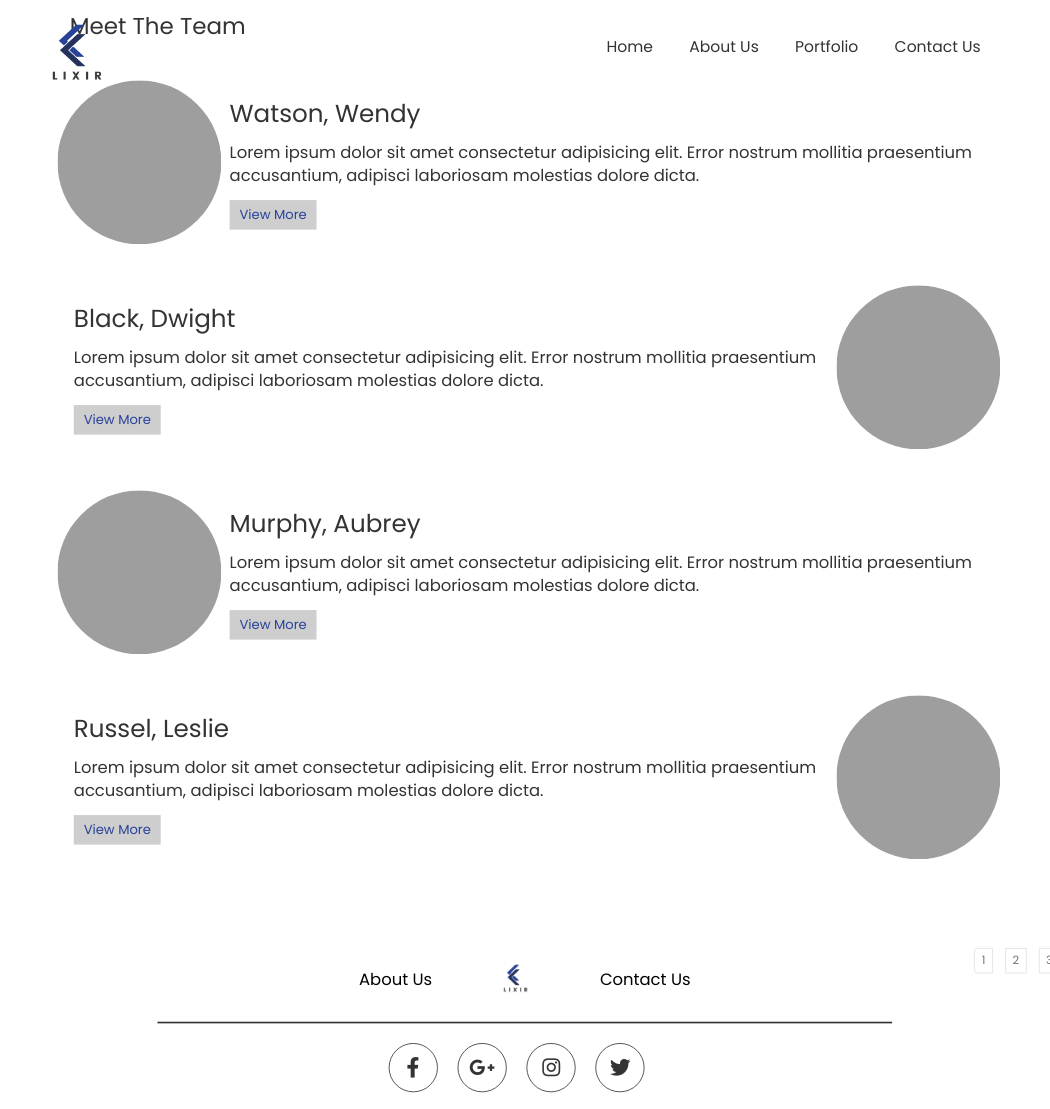
Repository: phiiileo/lit-page
Page: team-page.html
The author's editor kept a copy of each file at every save. The page is drawn from the files as they stood at one save, then again after a run of saves.
The browser window is 1280 px wide. The pictures show the whole page, at 82% of full size.
Pictures or frames that could not be fetched are drawn as grey boxes. Some web libraries are served in a nearby version.

Above is the page before, as saved 2019-12-04 22:34:03.

After the next 3 saves:
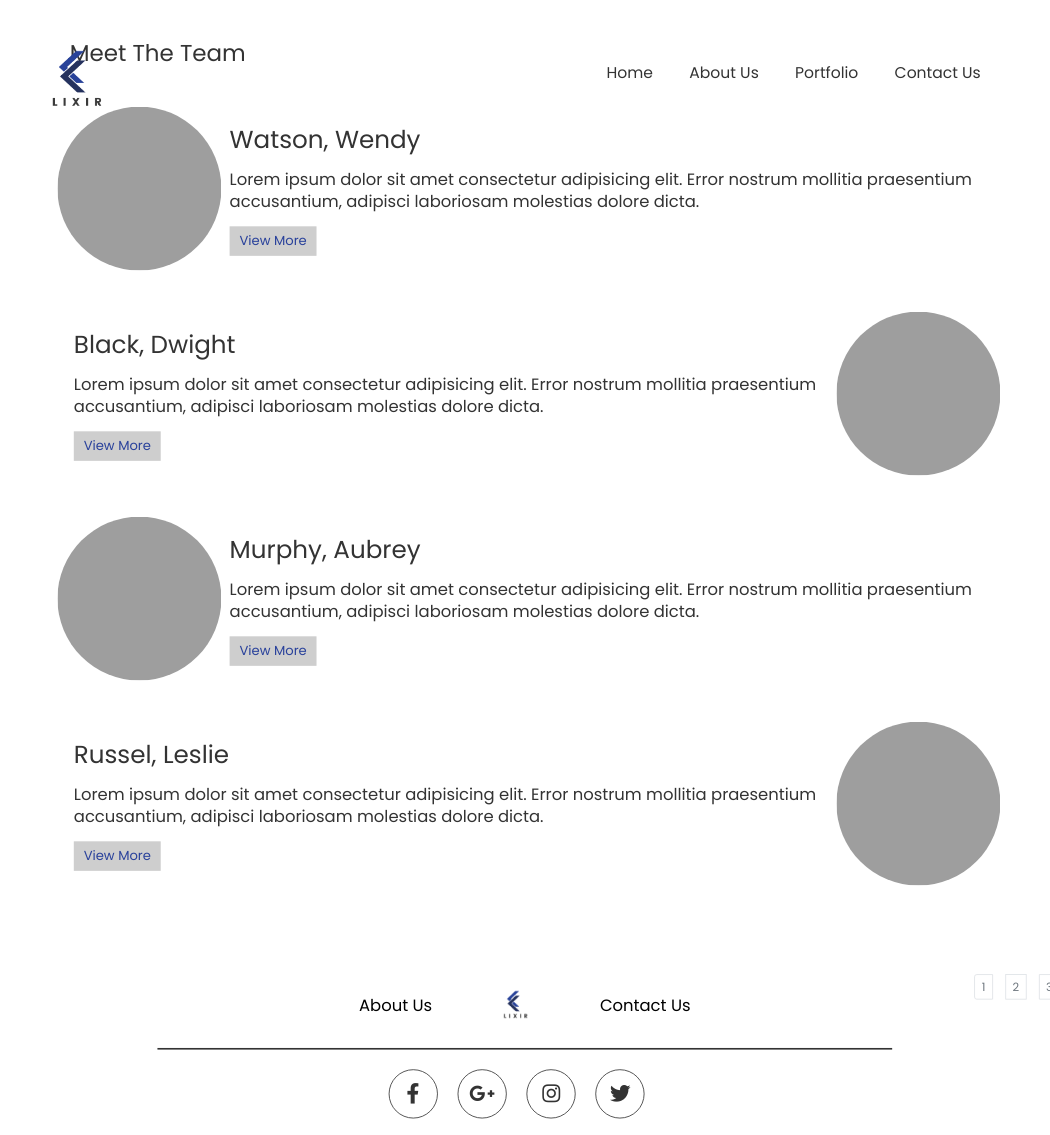
The 3 saves are shown as one change because they came seconds apart.
The last was saved 45 s later.
--- a/team-page.html
+++ b/team-page.html
@@ -36,7 +36,7 @@
     </div>
 
 
-    <div class="container">
+    <div class="container mt-5">
         <p>
             <h3>Meet The Team</h3>
         </p>
